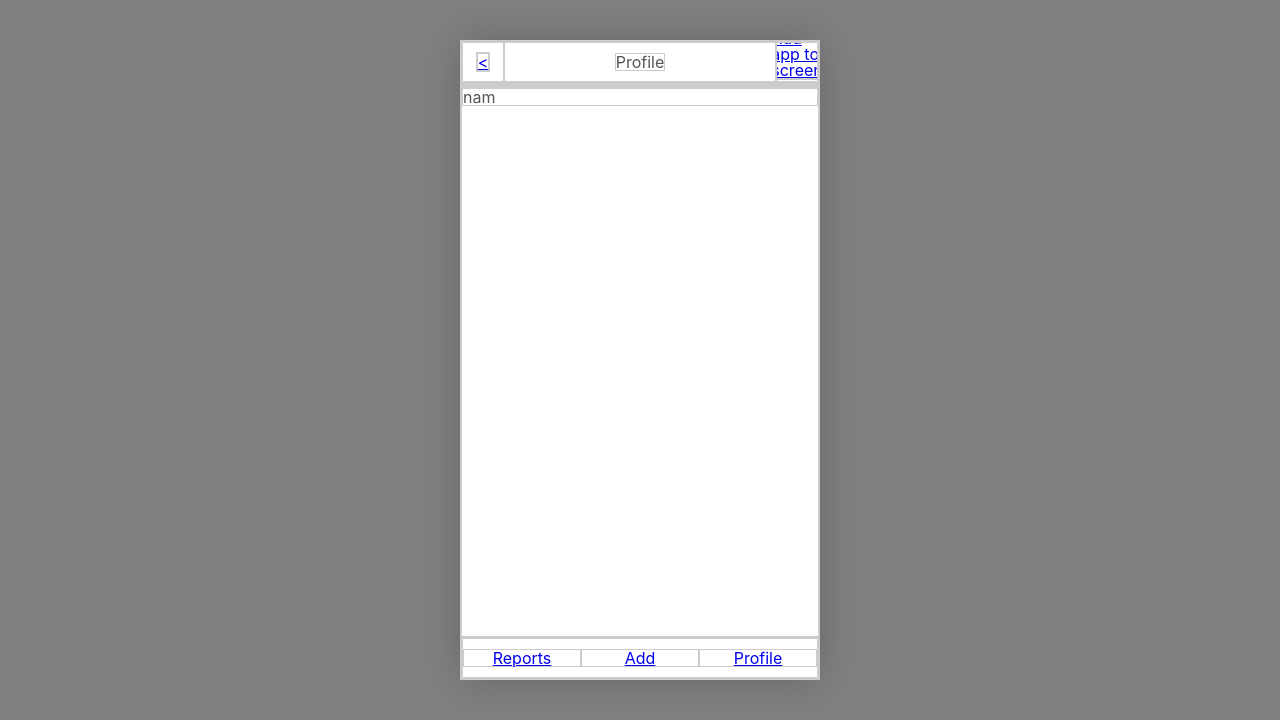
Repository: aleksandrenko/html-css-playground
Page: profile.html
These files come from the project's save history. The page is drawn as it stood at one moment and after the next save; the edit follows.
The browser window is 1280 px wide. The pictures show the whole page.

Above is the page before, as saved 2018-01-19 15:05:36.

### profile.html
<!DOCTYPE html>
<html lang="en">
<head>
  <meta charset="UTF-8">
  <link rel="stylesheet" href="./css/shared.css">
  <link rel="stylesheet" href="./css/pages/reports.css">
</head>
<body>

<app>
  <header>
    <left>
      <history-control>
        <a href="#"><</a>
      </history-control>
    </left>
    <middle>
      <page-name>Profile</page-name>
    </middle>
    <right>
      <context-menu>
        <a href="#">About</a>
        <a href="#">Add app to screen</a>
        <a href="#">Terms of use</a>
      </context-menu>
    </right>
  </header>
  <main>
      <profile>
        <picture>
          <img src="#" alt="">
        </picture>
        nam
      </profile>
  </main>
  <footer>
    <nav>
      <a href="#">Reports</a>
      <a href="#">Add</a>
      <a href="profile.html">Profile</a>
    </nav>
  </footer>
</app>

</body>
</html>

### css/shared.css
@import "config.css";
@import "reset.css";
@import "global.css";

@import "debug.css";

@import "layout.css";

### css/pages/reports.css
reports {
  display: flex;
  flex-direction: column;
}

reports report {
  display: flex;
  flex-direction: column;
}

### css/config.css
:root {
    --header-height: 42px;
    --footer-height: 42px;

    --min-width: 320px;
    --min-height: 460px;

    --text-global-color: #555;
    --text-global-font: "SF Pro Display", "SF Pro Icons", "Helvetica Neue", "Helvetica", "Roboto", "Arial" ,sans-serif;
}

### css/reset.css
html, body, div, span,
h1, h2, h3, h4, h5, h6, p,
a, abbr, acronym, address, img,
small, strike, strong,
b, u, i, center, ol, ul, li,
fieldset, form, label, footer, header,
menu, nav, section {
    margin: 0;
    padding: 0;
    border: 0;
    font-size: 100%;
    font: inherit;
    vertical-align: baseline;
}
/* HTML5 display-role reset for older browsers */
article, aside, details, figcaption, figure,
footer, header, hgroup, menu, nav, section {
    display: block;
}
body {
    line-height: 1;
}
ol, ul {
    list-style: none;
}

### css/global.css
body {
    min-height: var(--min-height);
    min-width: var(--min-width);
}

* {
    box-sizing: border-box;
    display: block;
}

app {
    font-family: var(--text-global-font);
    font-size: 1rem;
    color: var(--text-global-color);
    background: white;

}

### css/debug.css

body {
  background: gray;
}

body * {
  border: solid 1px rgba(0,0,0,0.2);
}

app {
  width: 360px;
  height: 640px;
  box-shadow: 0 0 40px rgba(0, 0, 0, .2);

  top: 50% !important;
  left: 50% !important;
  bottom: auto;
  right: auto;
  transform: translate(-50%, -50%);
}

### css/layout.css
app {
  display: flex;
  flex-direction: column;
  position: fixed;
  top: 0;
  bottom: 0;
  left: 0;
  right: 0;
}

/* app header */

app header {
  display: flex;
  height: 42px;
}

app header left {
  width: 42px;
}

app header > * {
  display: flex;
  justify-content: center;
  align-items: center;
  overflow: hidden;
}

app header middle {
  flex: 1;
}

app header middle page-name {
  text-align: center;
  white-space: nowrap;
  max-width: 90%;
  text-overflow: ellipsis;
  overflow: hidden;
}

app header right {
  width: 42px;
}

/* app main */

app main {
  flex: 1;
  position: relative;
  overflow: hidden;
}

/* app footer */

app footer {
  height: 42px;
  position: relative;
}

app footer nav {
  display: flex;
  flex-direction: row;
  height: 100%;
  align-items: center;
}

app footer nav a {
  flex: 1;
  text-align: center;
}

After the next save:
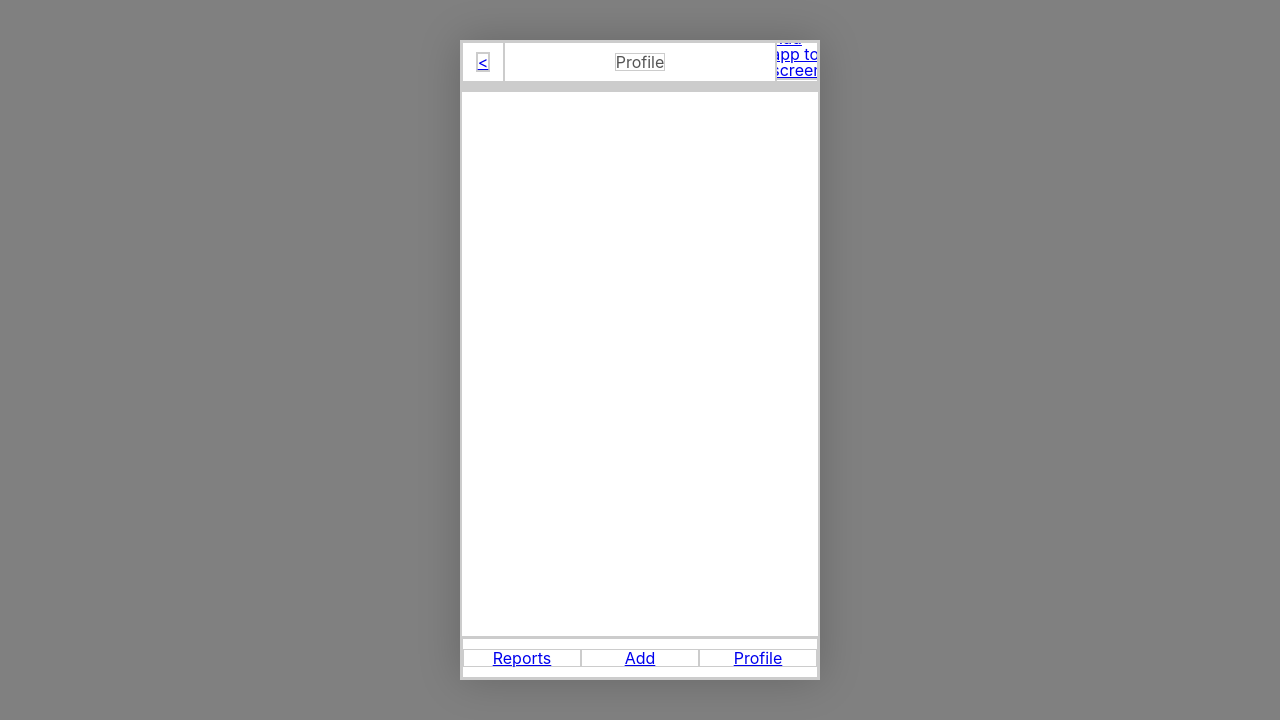
Saved 5 s later.
--- a/profile.html
+++ b/profile.html
@@ -30,7 +30,7 @@
         <picture>
           <img src="#" alt="">
         </picture>
-        nam
+        <name></name>
       </profile>
   </main>
   <footer>
